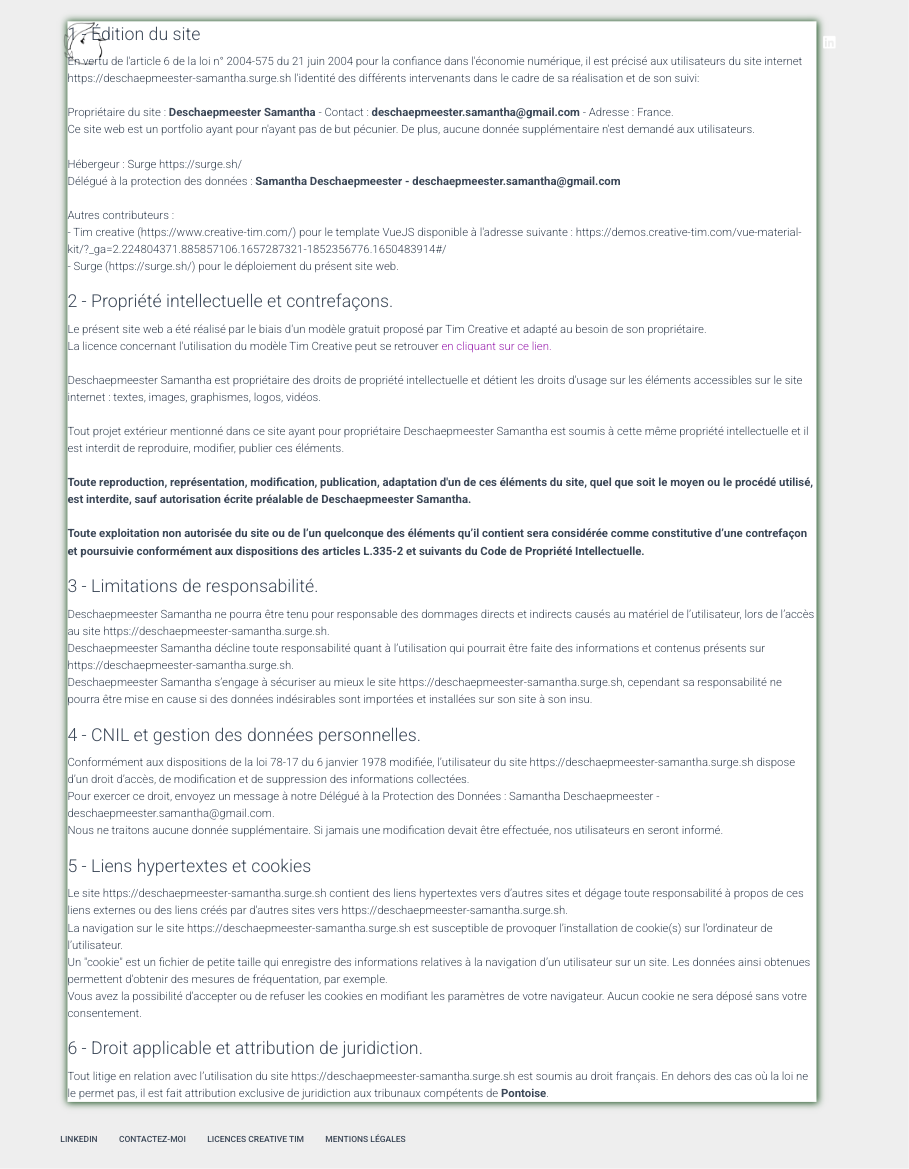
Repository: sdeschaepmeester/NewPortfolio
Page: /#/mentions
An editor plug-in stored every save of this project. The page is shown before and after a run of saves, followed by the edit.
The browser window is 1280 px wide. The pictures show the whole page, at 71% of full size.
Some web libraries are served in a nearby version. The project was rebuilt for these pictures with package versions that can differ from the ones it lists, and the page was loaded fresh each time. Also part of the build but not shown: vue.config.js, src/views/components/APropos.vue, src/views/components/NavigationSection.vue, src/views/components/SmallNavigationSection.vue, src/components/Dropdown.vue, src/components/Parallax.vue, src/components/Pagination.vue, src/components/Slider.vue and 14 more.

Above is the page before, as saved 2022-07-11 19:57:23.

After the next 2 saves:
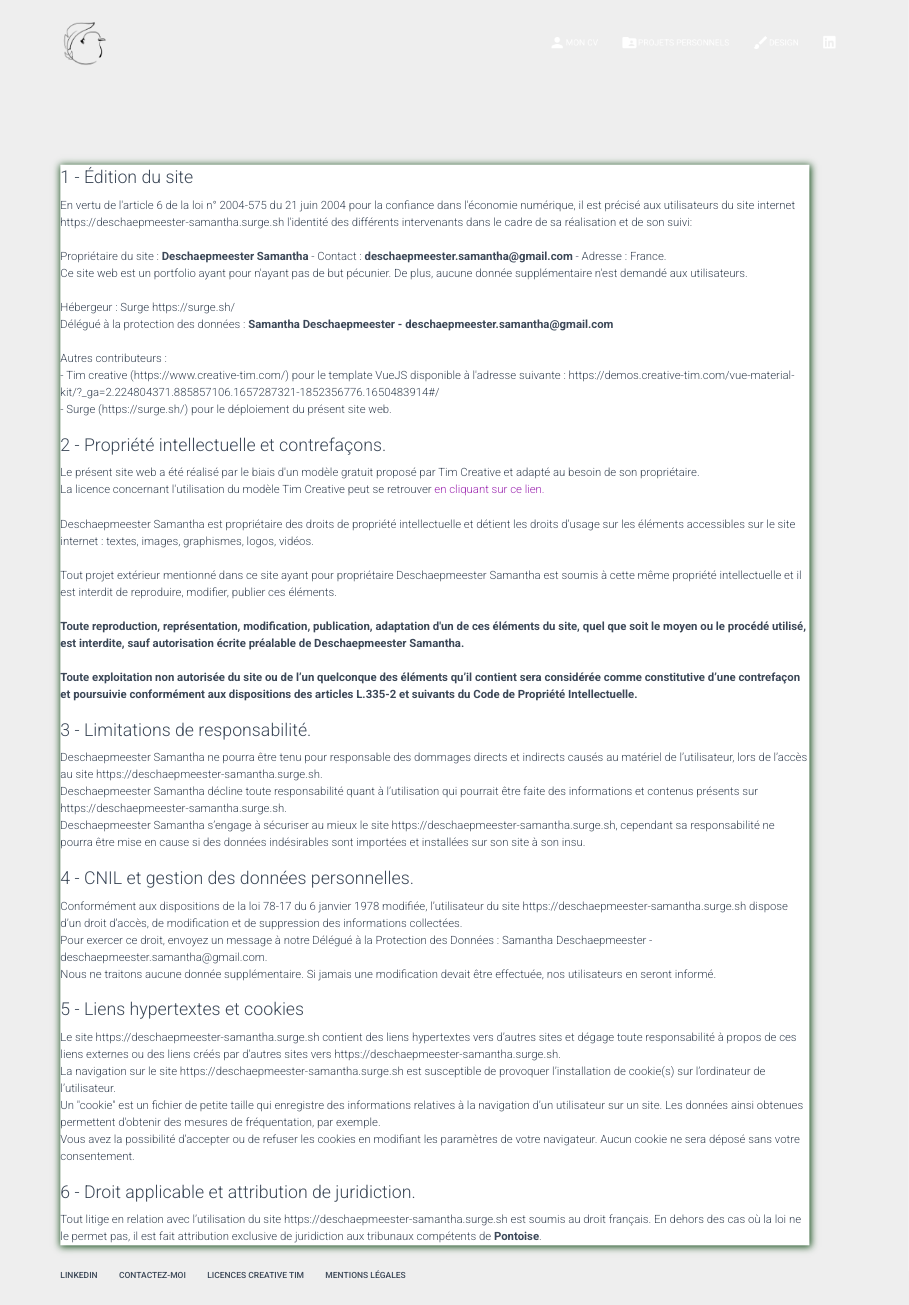
The 2 saves are shown as one change because they came seconds apart.
The last was saved 20 s later.
--- a/src/views/MentionsLegales.vue
+++ b/src/views/MentionsLegales.vue
@@ -15,8 +15,7 @@
           </div>
           <div>
             <div style="marginTop: 20%; backgroundColor: white; width: 95%;
-            box-shadow: 1px 1px 10px 1px #154d1a;
-            margin: 10px">
+            box-shadow: 1px 1px 10px 1px #154d1a;">
             <div style="fontSize: 10">
             <h3>1 - Édition du site</h3>
 
